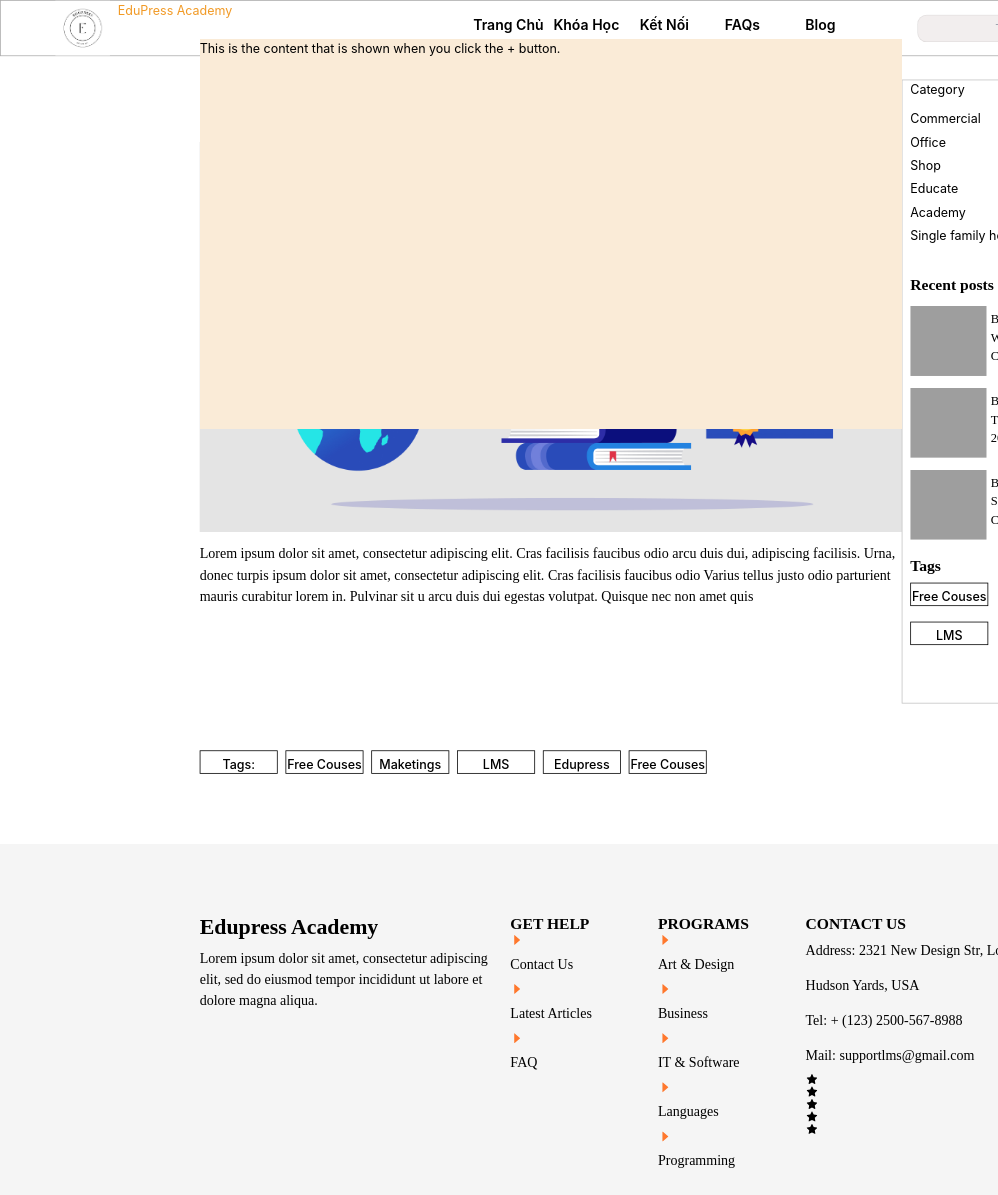
Repository: hieu1802/WebsiteEdupress
Page: /BlogPage (app in my-app/Fontend/), after clicking the first element matching `div.buttonAdd > span`
These files come from the project's save history. The page is drawn as it stood at one moment and after the next save; the edit follows.
The browser window is 1280 px wide. The pictures show the whole page, at 78% of full size.
Pictures or frames that could not be fetched are drawn as grey boxes. The project was rebuilt for these pictures with package versions that can differ from the ones it lists, and the page was loaded fresh each time. Also part of the build but not shown: my-app/Fontend/src/App.css, my-app/Fontend/src/Components/data/topCategories.jsx, my-app/Fontend/src/Components/HomePage/ContainerPage.jsx, my-app/Fontend/src/Components/HomePage/HomePage.jsx, my-app/Fontend/src/Components/Login/Login.css, my-app/Fontend/src/Components/Modal/Modal.css, my-app/Fontend/src/Components/Modal/Modal.jsx, my-app/Fontend/src/Components/Login/Login.jsx and 36 more.

Above is the page before, as saved 2024-10-19 09:57:14.

### my-app/Fontend/src/App.jsx
import logo from "./logo.svg";
import "./App.css";
import HomePage from "./Components/HomePage/HomePage.jsx";
import { BrowserRouter as Router, Routes, Route } from "react-router-dom";
import Login from "./Components/Login/Login";
import Register from "./Components/Register/Register";
import AdminPage from "./Components/AdminPage/AdminPage";
import LostPass from "./Components/LostPass/LostPass";
import CouresPage from "./Components/CouresPage/CouresPage.jsx";
import BlogPage from "./Components/BlogPage/BlogPage.jsx";
import ProtectedRoute from "./Components/ProtectedRoute.jsx";
import InfoCustomer from "./Components/InfoCustomer/InfoCustomer.jsx";
import CourseDetail from "./Course-detail/Coursedetail.js";
import DeleteAccount from "./Components/DeleteAccount/DeleteAccount.jsx";
import ContactPage from "./Components/ContactPage/ContactPage.jsx";
import FAQs from "./Components/FAQs/FAQs.jsx";

function App() {
  return (
    <>
      <Router>
        <Routes>
          <Route path="/" element={<HomePage />} />
          <Route path="/login" element={<Login />} />
          <Route path="/register" element={<Register />} />
          <Route
            path="/admin"
            element={<ProtectedRoute component={AdminPage} />}
          />
          <Route path="/lostPass" element={<LostPass />} />
          <Route path="/CouresPage" element={<CouresPage />} />
          <Route path="/info-customer" element={<InfoCustomer />} />
          <Route path="/BlogPage" element={<BlogPage />} />
          <Route path="/Coursedetail" element={<CourseDetail />} />
          <Route path="/Coursedetail/:id" element={<CourseDetail />} />
          <Route path="/delete-account" element={<DeleteAccount />} />
          <Route path="/ContactPage" element={<ContactPage />} />
          <Route path="/FAQsPage" element={<FAQs />} />
        </Routes>
      </Router>
    </>
  );
}

export default App;

### my-app/Fontend/src/Components/BlogPage/BlogPage.jsx
import React from 'react'
import Header from '../HomePage/Header'
import Footer from '../HomePage/Footer'
import ContainerBlog from './ContainerBlog'
import './BlogPage.css'

function BlogPage() {
  return (
    <>
        <Header/>
        <ContainerBlog/>
        <Footer/>
    </>
  )
}

export default BlogPage

### my-app/Fontend/src/Components/HomePage/Footer.jsx
import React from 'react'
import { AiFillStar,AiFillCaretRight } from "react-icons/ai";

function Footer() {
  return (
    <div className='footerPage'>
        <div className='footerContaier'>
            <div className='footerEdupress'>
                <h2>Edupress Academy</h2>
                <p>Lorem ipsum dolor sit amet, consectetur adipiscing elit, sed do eiusmod tempor incididunt ut labore et dolore magna aliqua.</p>
            </div>
            <div className='footerHelp'>
                <h2>GET HELP</h2>
                <a href='#'><AiFillCaretRight  style={{color:'FF782D', marginRight:'10px'}}/>Contact Us</a>
                <a href='#'><AiFillCaretRight  style={{color:'FF782D', marginRight:'10px'}}/>Latest Articles</a>
                <a href='#'><AiFillCaretRight  style={{color:'FF782D', marginRight:'10px'}}/>FAQ </a>
            </div>
            <div className='footerPrograms'>
                <h2>PROGRAMS</h2>
                <a href='#'><AiFillCaretRight  style={{color:'FF782D', marginRight:'10px'}}/> Art & Design</a>
                <a href='#'><AiFillCaretRight  style={{color:'FF782D', marginRight:'10px'}}/> Business</a>
                <a href='#'><AiFillCaretRight  style={{color:'FF782D', marginRight:'10px'}}/> IT & Software </a>
                <a href='#'><AiFillCaretRight  style={{color:'FF782D', marginRight:'10px'}}/> Languages </a>
                <a href='#'><AiFillCaretRight  style={{color:'FF782D', marginRight:'10px'}}/> Programming </a>
            </div>
            <div className='footerContact'>
                <h2>CONTACT US</h2>
                <p>Address: 2321 New Design Str, Lorem Ipsum10 Hudson Yards, USA</p>
                <p>Tel: + (123) 2500-567-8988<br/>
                Mail: supportlms@gmail.com</p>
                <span><AiFillStar/><AiFillStar/><AiFillStar/><AiFillStar/><AiFillStar/></span>
            </div>
        </div>
    </div>
  )
}

export default Footer

### my-app/Fontend/src/Components/BlogPage/ContainerBlog.jsx
import React, { useState } from 'react'
import img12 from '../img/img12.png'

import RecentPosts from './RecentPosts'
import { recentPosts } from '../data/blogData';

function ContainerBlog() {

  const [mainImage, setMainImage] = useState(img12)
  const [mainTitle, setMainTitle] = useState('Best LearnPress WordPress Theme Collection for 2021');
  const [mainContent, setMainContent] = useState('Lorem ipsum dolor sit amet, consectetur adipiscing elit. Cras facilisis faucibus odio arcu duis dui, adipiscing facilisis. Urna, donec turpis ipsum dolor sit amet, consectetur adipiscing elit. Cras facilisis faucibus odio Varius tellus justo odio parturient mauris curabitur lorem in. Pulvinar sit u arcu duis dui egestas volutpat. Quisque nec non amet quis')
  const [isOpen, setIsOpen] = useState(false);


  const handleSelectPost = (image, title, content) => {
    setMainImage(image);
    setMainTitle(title);
    setMainContent(content)
  };


  const toggleContent = () => setIsOpen(!isOpen);





  return (
    <div className='blogContainer'>
        <div className='blogMain'>
          <div className='blogTitle'>
            <h1>{mainTitle}</h1>
          </div>
          <div className='blogDetail'>
            <img src={mainImage} className='blogImg' alt='main'/>
            <div className='blogContent'>
                <p>{mainContent}</p>

            </div>
            {isOpen && (
              <div className="content">
                  <p>This is the content that is shown when you click the + button.</p>
              </div>
      )}
            <div className='blogTag'>
              <div className='boxTags'>Tags:</div>
              <div className='boxTags'>Free Couses</div>
              <div className='boxTags'>Maketings</div>
              <div className='boxTags'>LMS</div>
              <div className='boxTags'>Edupress</div>
              <div className='boxTags'>Free Couses</div>
            </div>
          </div>

        </div>
        <div className='blogSideBar'>
          <div className='category'>
              <div className='categoryNav'>
                  <h4>Category</h4>
                  <div className='buttonAdd'><span onClick={toggleContent}>Thêm bài viết</span></div>
              </div>
              <div className='cateBox'>
                  <p>Commercial</p>
                  <p>15</p>
              </div>
              <div className='cateBox'>
                  <p>Office</p>
                  <p>15</p>
              </div>
              <div className='cateBox'>
                  <p>Shop</p>
                  <p>15</p>
              </div>
              <div className='cateBox'>
                  <p>Educate</p>
                  <p>15</p>
              </div>
              <div className='cateBox'>
                  <p>Academy</p>
                  <p>15</p>
              </div>
              <div className='cateBox'>
                  <p>Single family home</p>
                  <p>15</p>
              </div>
          </div>
          <RecentPosts posts={recentPosts} onSelectPost={handleSelectPost}/>

          <div className='tags'>
                  <h4>Tags</h4>
                  <div className='hastag'>
                      <div className='boxTags'>Free Couses</div>
                      <div className='boxTags'>Maketings</div>
                      <div className='boxTags'>LMS</div>
                      <div className='boxTags'>Free Couses</div>
                  </div>
              </div>
        </div>
    </div>
  )
}

export default ContainerBlog

### my-app/Fontend/src/Components/BlogPage/BlogPage.css
*{
    margin: 0;
    padding: 0;
}

.blogContainer{
    width: 1175px;
    height: 950px;
    margin-left: 20%;
    display: flex;
    margin-top: 30px;
}

.blogMain{
    width: 900px;
    height: 100%;
}

.blogTitle{
    width: 100%;
    height: 80px;
}

.blogTitle > h1{
    font-family: Exo;
    font-size: 36px;
    font-weight: 600;
    line-height: 43.2px;
    text-align: left;
    color: #000;
}

.blogDetail{
    width: 100%;
    height: 850px;
}

.blogImg{
    width: 100%;
    height: 500px;
}

.blogContent{
    width: 100%;
    height: 250px;
    margin-top: 15px;
    margin-bottom: 15px;
}

.blogContent > p{
    font-family: Jost;
    font-size: 18px;
    font-weight: 400;
    line-height: 27px;
    text-align: left;
}

.blogTag{
    width: 100%;
    height: 40px;
    display: flex;
}

.boxTags{
    width: 100px;
    height: 30px;
    border: 1px solid #000;
    text-align: center;
    padding-top: 5px;
    font-size: 16px;
    font-weight: 500;
    margin-right: 10px;
}

.blogSideBar{
    width: 275px;
    height: 800px;
    border: 1px solid #0000003d;
}

.category{
    width: 90%;
    height: 250px;
    margin-left: 10px;
}

.categoryNav{
    display: flex;
    justify-content: space-between;
    margin-bottom: 10px;
}

.buttonAdd{
   font-size: 18px;
   color: red;
   cursor: pointer;
}

.content{
    width: 900px;
    height: 500px;
    position: absolute;
    background-color: antiquewhite;
    top: 50px;
}

.category > h4{
    font-family: Exo;
    font-size: 20px;
    font-weight: 600;
    line-height: 24px;
    text-align: left;
    margin-bottom: 20px;
}

.cateBox{
    width: 100%;
    height: 30px;
    display: flex;
    justify-content: space-between;

}

.boxRecent{
    width: 90%;
    height: 350px;
    margin-left: 10px;
}

.boxRecent > h4{
    font-family: Exo;
    font-size: 20px;
    font-weight: 600;
    line-height: 24px;
    text-align: left;
}

.articles{
    width: 100%;
    height: 90px;
    display: flex;
    margin: 0;
    margin-top: 15px;
    cursor: pointer;
}

.articlesImg{
    width: 40%;
    height: 100%;
}

.articlesImg > img{
    width: 100%;
    height: 100%;
}

.articlesContents{
    width: 60%;
    height: 90px;

}

.articlesContents > p{
    font-family: Jost;
    font-size: 16px;
    font-weight: 500;
    line-height: 24px;
    text-align: left;
    margin-left: 5px;
    margin-top: 5px;
}

.tags{
    width: 90%;
    height: 150px;
    margin-left: 10px;
    margin-top: 10px;
}

.tags > h4{
    font-family: Exo;
    font-size: 20px;
    font-weight: 600;
    line-height: 24px;
    text-align: left;
    margin-bottom: 10px;
}

.hastag{
    width: 100%;
    height: 100px;
    display: grid;
    grid-template-columns: 1fr 1fr;
}

### my-app/Fontend/src/Components/ContactPage/Contact.css
*{
    margin: 0;
    padding: 0;
}

.contactContainer{
    width: 1175px;
    height: 900px;
    margin-left: 20%;
    margin-top: 30px;
}

.contactBox{
    width: 100%;
    height: 450px;
    display: flex;
}

.contactInf{
    width: 400px;
    height: 300px;
}
.contactInf > h1{
    font-family: Exo;
    font-size: 36px;
    font-weight: 600;
    line-height: 43.2px;
    text-align: left;
    color: #000;
}

.info{
    width: 100%;
    height: 200px;
    margin-top: 30px;
}

.info > p{
    font-family: Jost;
    font-size: 18px;
    font-weight: 400;
    line-height: 27px;
    text-align: left;
}

.infoPhone{
    width: 250px;
    height: 50px;
    margin-top: 15px;
    display: flex;
}

.iconsInfo{
    width: 60px;
    height: 50px;
}

.iconsInfo > img{
    width: 100%;
    height: 100%;
}

.textInfo{
    width: 180px;
    height: 50px;
    margin-left: 10px;
    display: flex;
    flex-direction: column;
    justify-content: space-between;
}

.contactMap{
    width: 700px;
    height: 450px;
    margin-left: 30px;
    border-radius: 20px;
}

.contactMap > img{
    width: 100%;
    height: 100%;
    border-radius: 20px;
}

.contactUs{
    width: 100%;
    height: 400px;
    margin-top: 150px;
}

### my-app/Fontend/src/Components/FAQs/FAQs.css
*{
    padding: 0;
    margin: 0;
}

.ContainerFAQs{
    width: 1175px;
    height: 600px;
    margin-left: 20%;
    margin-top: 30px;
}

.ContainerFAQs > p{
    font-size: 16px;
    margin-top: 10px;
    margin-bottom: 10px;

}

.ContainerFAQs > img {
    width: 100%;
    height: 100%;
}

### my-app/Fontend/src/Components/data/FeaturedCoursesDaa.jsx
import img04 from "../img/img04.png";
import img05 from "../img/img05.png";
import img06 from "../img/img06.png";
import img07 from "../img/img07.png";
import img08 from "../img/img08.png";
import img09 from "../img/img09.png";

const topCourses = [
  {
    id: 1,
    img: img04,
    time: '2',
    student: '50',
    price: '4.000.000đ',
    sale: '2.000.000đ',
    lessons: '20',
    author: 'Christopher',
    courseName: 'Create an LMS Website with LearnPress'

  },
  {
    id: 2,
    img: img05,
    time: '3',
    student: '60',
    price: '5.000.000đ',
    sale: '2.500.000đ',
    lessons: '10',
    author: 'James',
    courseName: 'Create an CSS Website '
  },
  {
    id: 3,
    img: img06,
    time: '4',
    student: '90',
    price: '7.000.000đ',
    sale: '3.000.000đ',
    lessons: '25',
    author: 'Rebecca',
    courseName: 'Create an HTML Website '
  },
  {
    id: 4,
    img: img07,
    time: '2',
    student: '60',
    price: '6.000.000đ',
    sale: '3.500.000đ',
    lessons: '15',
    author: 'Jennifer',
    courseName: 'Create an CSS and REACT Website '
  },
  {
    id: 5,
    img: img08,
    time: '2',
    student: '70',
    price: '8.000.000đ',
    sale: '4.000.000đ',
    lessons: '24',
    author: 'Matthew',
    courseName: 'Create an REACT and SCSS Website '
  },
  {
    id: 6,
    img: img09,
    time: '2',
    student: '80',
    price: '9.000.000đ',
    sale: '6.000.000đ',
    lessons: '26',
    author: 'Daniel',
    courseName: 'Create an HTML and SCSS Website '
  },
];

export { topCourses }

### my-app/Fontend/src/Components/CouresPage/Container.css
*{
    margin: 0;
    padding: 0;
}

.container{
    width: 1175px;
    height: 1800px;
    margin-left: 20%;
    display: flex;
}

.boxProduct{
    width: 880px;
    height: 100%;
    padding-left:20px;
}

.boxProduct > h2{
    font-family: Exo;
    font-size: 36px;
    font-weight: 600;
    line-height: 43.2px;
    text-align: left;
}

.boxContent{
    width: 800px;
    height: 250px;
    margin-top: 30px;
    display: flex;
    border-radius: 20px 0 0 20px;
    border: 1px solid #00000048;
}

.boxImg{
    width: 300px;
    height: 100%;
}
.boxImg > img{
    width: 100%;
    height: 100%;
    border-radius: 20px 0 0 20px;
}

.boxTexT{
    width: 500px;
    height: 100%;
}

.text{
    width: 420px;
    height: 150px;
    display: flex;
    margin-left: 30px;
    flex-direction: column;
    justify-content: space-between;
}

.text > h4{
    margin-top: 10px;
    font-family: Jost;
    font-size: 24px;
    font-weight: 400;
    line-height: 24px;
    text-align: left;
}

.text > h5{
    font-family: Exo;
    font-size: 20px;
    font-weight: 600;
    line-height: 24px;
    text-align: left;
}

.iconsValue{
    width: 100%;
    height: 40px;
    display: flex;
    justify-content: space-between;
}

.icons{
    color: rgba(241, 152, 34, 0.979);
    font-size: 24px;
    margin-top: 8px;
}
.iconsValue> span{
    font-size: 18px;
}

.boxPrice{
    width: 100%;
    height: 50px;

    margin-top: 50px;
    display: flex;
    justify-content: space-between;
}

.priceBox{
    width: 280px;
    height: 100%;
    display: flex;
}

.priceBox > p{
    text-decoration: line-through;
    color: var(--Grey, #9D9D9D);
    font-weight: 700;
    margin-right: 10px;
    margin-left: 30px;
    font-size: 20px;
}

.priceBox > span{
    color: green;
    font-weight: 700;
    font-size: 20px;
}

.btnClick{
    width: 180px;
    height: 40px;
    border-radius: 24px;
    border: 1px solid #000;
    cursor: pointer;
    margin-right: 20px;
}

.btnClick > p{
    text-align: center;
    margin-top: 8px;
    font-weight: 600;
    color: red;
}

.btnClick:hover{
    background-color: red;
}

.btnClick > p:hover{
    color: #fff;
}

.boxSearch{
    width: 300px;
    height: 90%;
    background-color: beige;
}

.boxSearch > h2{
    font-family: Exo;
    font-size: 36px;
    font-weight: 600;
    line-height: 43.2px;
    text-align: left;
}

.searchValue{
    width: 100%;
    height: 500px;
    margin-top: 20px;
}

.searchValue > p{
    font-family: Exo;
    font-size: 24px;
    font-weight: 600;
    line-height: 43.2px;
    text-align: left;
    margin-bottom: 30px;
}

### my-app/Fontend/src/Components/BlogPage/RecentPosts.jsx
import React from 'react'

const RecentPosts = ({ posts, onSelectPost }) => {
  return (
    <div className='boxRecent'>
        <h4>Recent posts</h4>
        {posts.map(post =>(
            <div className='articles' key={post.id} onClick={() => onSelectPost(post.image, post.title, post.content)}>
                <div className='articlesImg'>
                    <img src={post.image} />
                </div>
                <div className='articlesContents'>
                    <p>{post.title}</p>
                </div>
        </div>
        ))}
    </div>
  )
}

export default RecentPosts

### my-app/Fontend/src/Course-detail/RegisterCourse.css
*{
    margin: 0;
    padding: 0;
}



.registration-form {
    position: relative;
    height: fit-content;
    padding: 20px;
    margin-left: 222px;
    display: flex;
    border: 1px solid black;
    width: 600px;
    flex-direction: column;

}

.registration-form label input {
    font-size: 25px;
    margin-left: 13px;
    border: none;
    border-bottom: 1px solid gray;
    width: 50%;
    height: 30px;
}


input:focus {
    outline: none;
}

.registration-form label {
    font-size: 25px;
}

.registration-form h2 {
    text-align: center;
}

.sale-course-price {
    font-size: 25px;
    margin: 15px 0 15px 0;
    width: fit-content;
}

.sale-price-form {
    margin-bottom: 20px;

    display: flex;
    justify-content: start;
}

.original-form-price {
    width: 600px;
    align-items: baseline;
    border-bottom: 3px solid black;
}

.phone-register-course {
    height: 30px;
    margin-top: 8px;
}

.payment-logo {
    display: flex;
    justify-content: space-around;
}

.payment-logo span {
    width: fit-content;
    cursor: pointer;
    border: 1px solid gray;


}

.payment-logo img {
    width: 100px;
    height: 100px;

}

.qr-code {

    width: fit-content;
    height: fit-content;
}

.qr-code img {
    width: 100%;
    height: 100%;
}

.original-priceS{
    text-decoration: line-through;
    color: #999;
    margin-right: 10px;
    font-size: 20px;
    margin-left: 10px;
    font-weight: 600;
}

.all-price > span{
    color: green;
    font-weight: 700;
}

.imgQr{
    width: 400px;
    height: 400px;
    margin-left: 30%;
}

Loaded but not shown: my-app/Fontend/public/index.html (common file); my-app/Fontend/src/index.js (common file); my-app/Fontend/src/index.css (common file); my-app/Fontend/src/reportWebVitals.js (common file); my-app/Fontend/src/Course-detail/tailwindcss.css (common file); my-app/Fontend/tailwind.config.js (common file); my-app/Fontend/src/Components/data/blogData.js (28 lines, source omitted); my-app/Fontend/src/Components/HomePage/HomePage.css (871 lines, source omitted); my-app/Fontend/src/Components/HomePage/Header.jsx (141 lines, source omitted)

After the next save:
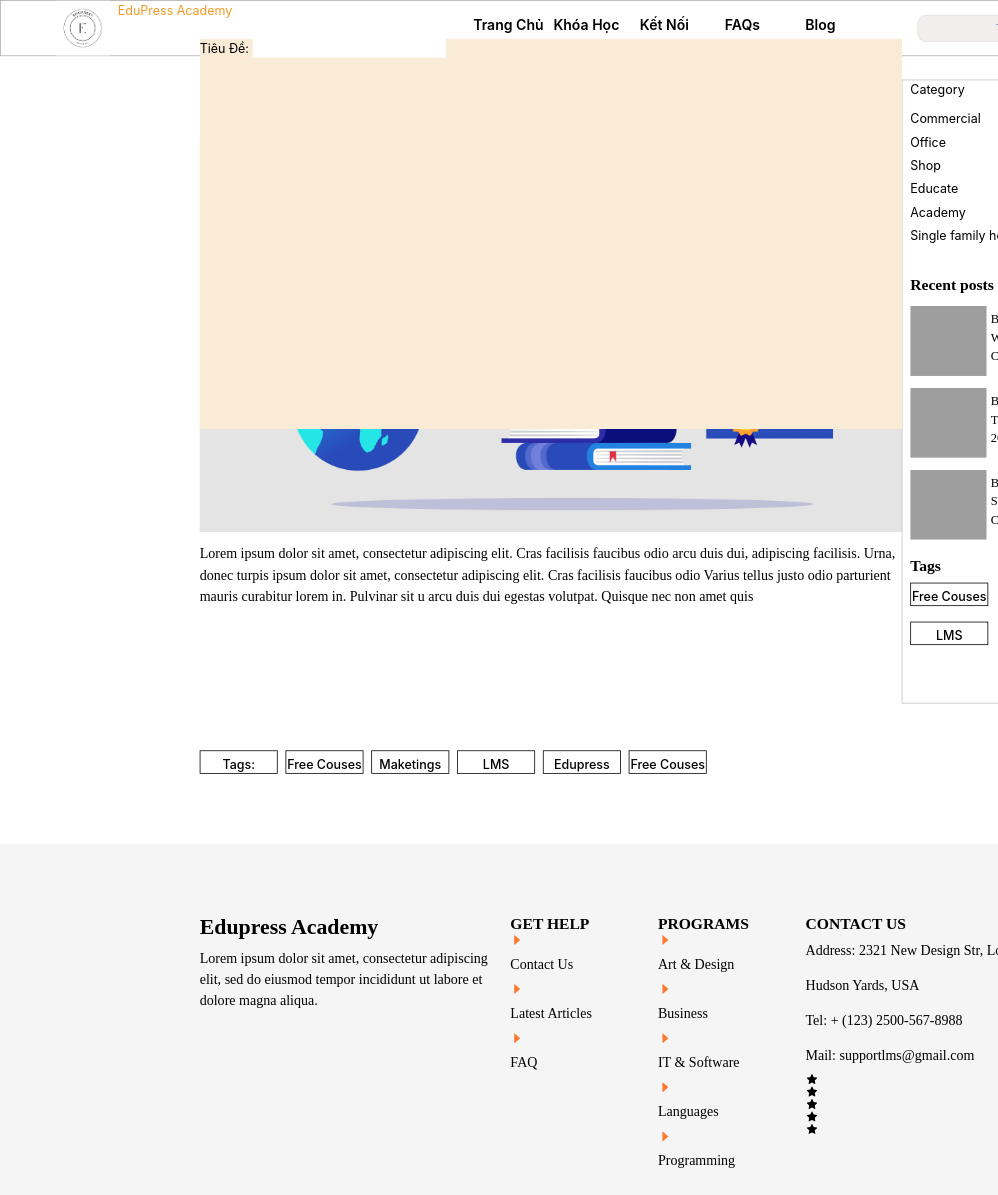
Saved 3 min 23 s later.
--- a/my-app/Fontend/src/Components/BlogPage/ContainerBlog.jsx
+++ b/my-app/Fontend/src/Components/BlogPage/ContainerBlog.jsx
@@ -39,7 +39,7 @@ function ContainerBlog() {
             </div>
             {isOpen && (
               <div className="content">
-                  <p>This is the content that is shown when you click the + button.</p>
+                  <span>Tiêu Đề:</span> <input></input>
               </div>
       )}
             <div className='blogTag'>
